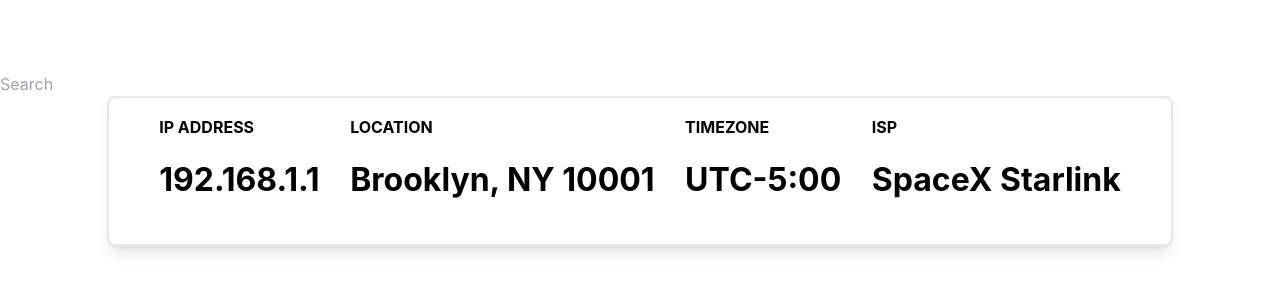
Repository: Dealsy/IP-Tracker
Page: /
These files come from the project's save history. The page is drawn as it stood at one moment and after the next save; the edit follows.
The browser window is 1280 px wide. The pictures show the whole page.
The project was rebuilt for these pictures with package versions that can differ from the ones it lists, and the page was loaded fresh each time. The framework's server and built-in components were replaced by stand-ins that run in the browser. Also part of the build but not shown: next.config.js, styles/Home.module.css.

Above is the page before, as saved 2022-04-21 21:27:29.

After the next save:
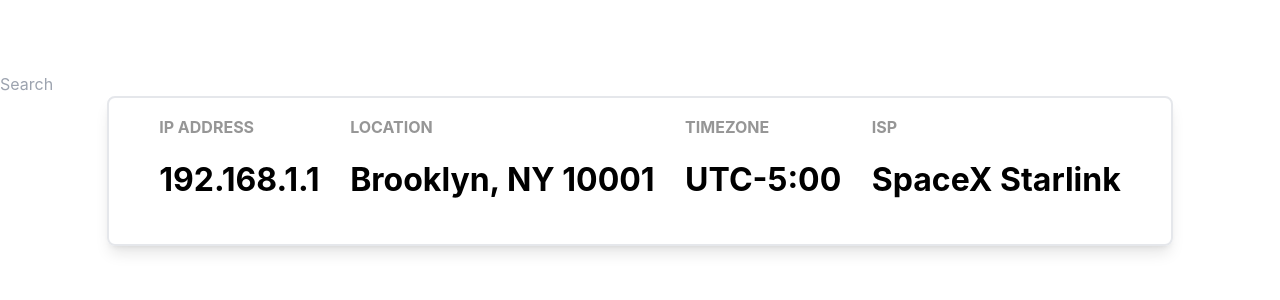
Saved 24 s later.
--- a/styles/globals.css
+++ b/styles/globals.css
@@ -22,6 +22,7 @@
   font-weight: 700;
   line-height: 1.2;
   margin-bottom: 1.5rem;
+  color: #969696;
 }
 
 
